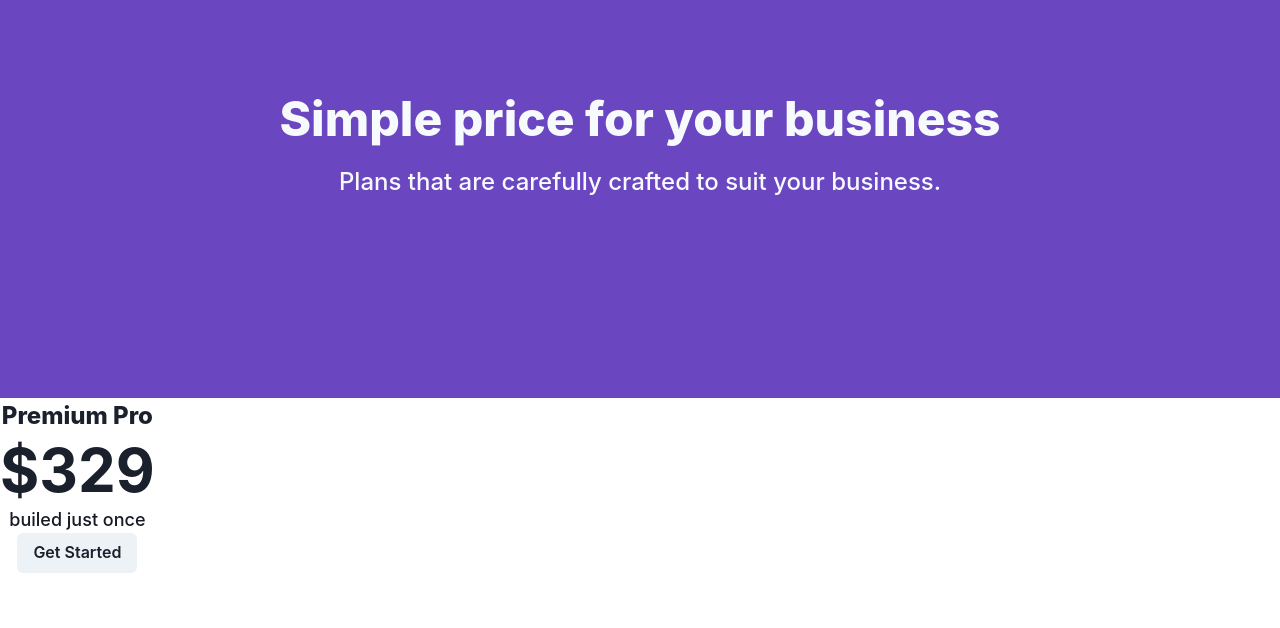
Repository: noutijo/learn-in-depth-chakra-ui
Page: /
The author's editor kept a copy of each file at every save. The page is drawn from the files as they stood at one save, then again after a run of saves.
The browser window is 1280 px wide. The pictures show the whole page.
The project was rebuilt for these pictures with package versions that can differ from the ones it lists, and the page was loaded fresh each time. Also part of the build but not shown: vite.config.ts.

Above is the page before, as saved 2023-01-30 15:38:16.

### src/main.tsx
import React from 'react'
import ReactDOM from 'react-dom/client'
import App from './App'
import { ChakraProvider } from "@chakra-ui/react"

ReactDOM.createRoot(document.getElementById('root') as HTMLElement).render(
  <ChakraProvider>
  <React.StrictMode>
    <App />
  </React.StrictMode>
  </ChakraProvider>,
)

### src/App.tsx
//import './App.css'
import "./App.css";
import { Box, Flex, Stack, VStack, HStack } from "@chakra-ui/react";
import { Header  } from "./components/Header";
import { Pricing } from "./components/Pricing";

export default function App() {
  return (
    <div className="App">
      <Box>
        <Header />
        <Pricing />
      </Box>
    </div>
  );
}

### src/App.css
#root {
  max-width: 1280px;
  margin: 0 auto;
  text-align: center;
}

.logo {
  height: 6em;
  padding: 1.5em;
  will-change: filter;
}
.logo:hover {
  filter: drop-shadow(0 0 2em #646cffaa);
}
.logo.react:hover {
  filter: drop-shadow(0 0 2em #61dafbaa);
}

@keyframes logo-spin {
  from {
    transform: rotate(0deg);
  }
  to {
    transform: rotate(360deg);
  }
}

@media (prefers-reduced-motion: no-preference) {
  a:nth-of-type(2) .logo {
    animation: logo-spin infinite 20s linear;
  }
}

.card {
  padding: 2em;
}

.read-the-docs {
  color: #888;
}

### src/components/Header.tsx
//import './App.css'
import { Box, Heading, Text, Flex } from "@chakra-ui/react";

export function Header() {
  return (
    <Box as="section" color="#F7FAFC" bg="#6b46c1" pt="90px" pb="198px" px="32px">
      <Heading fontWeight={800} fontSize={"48px"}>
        Simple price for your business
      </Heading>
      <Text fontWeight={500} fontSize={"24px"} mt="16px">
        Plans that are carefully crafted to suit your business.
      </Text>
    </Box>
  );
}

### src/components/Pricing.tsx
//import './App.css'
import { Box, Heading, Text, Flex, Button } from "@chakra-ui/react";

export function Pricing() {
  return (
    <Box>
      <Flex>
        <Box>
            <Text fontSize="24px" fontWeight="800">Premium Pro</Text>
            <Heading as="h3" fontSize="60px" mt="">$329</Heading>
            <Text fontSize="18px" fontWeight="500" color="#171923">builed just once</Text>
            <Button>Get Started</Button>
        </Box>
        <Box></Box>
      </Flex>
    </Box>
  );
}

Loaded but not shown: index.html (common file)

After the next 3 saves:
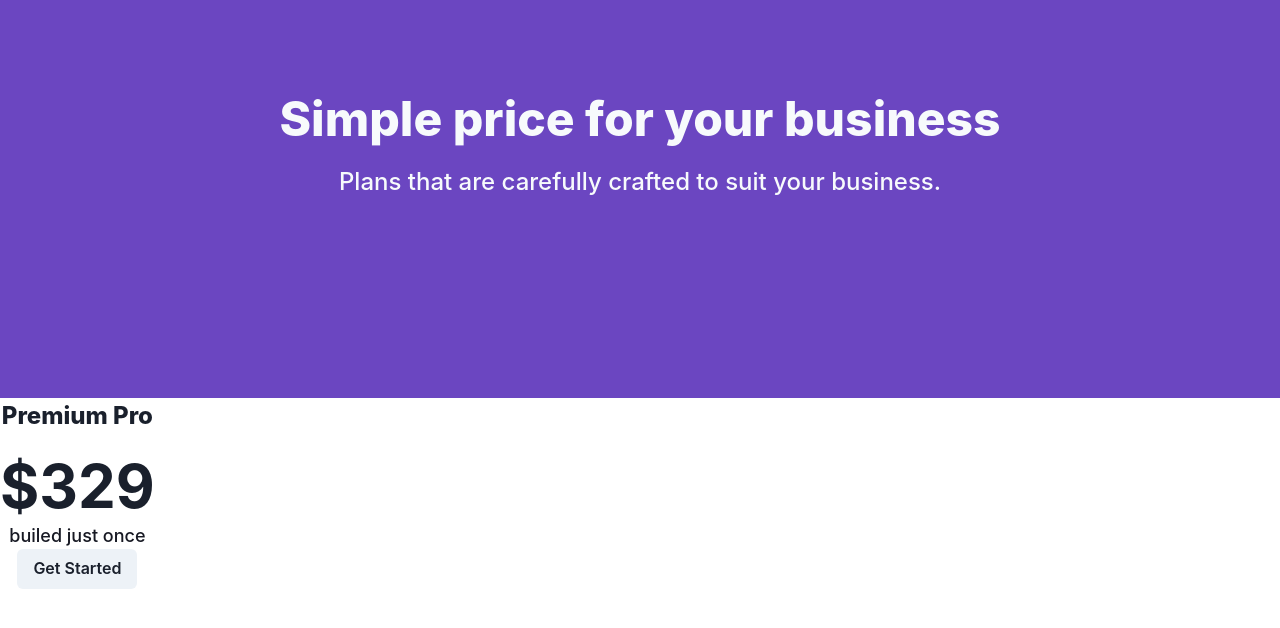
The 3 saves are shown as one change because they came seconds apart.
The last was saved 10 s later.
--- a/src/components/Pricing.tsx
+++ b/src/components/Pricing.tsx
@@ -7,8 +7,8 @@ export function Pricing() {
       <Flex>
         <Box>
             <Text fontSize="24px" fontWeight="800">Premium Pro</Text>
-            <Heading as="h3" fontSize="60px" mt="">$329</Heading>
-            <Text fontSize="18px" fontWeight="500" color="#171923">builed just once</Text>
+            <Heading as="h3" fontSize="60px" mt="16px">$329</Heading>
+            <Text fontSize="18px" fontWeight="500" color="#171923" mt="">builed just once</Text>
             <Button>Get Started</Button>
         </Box>
         <Box></Box>
